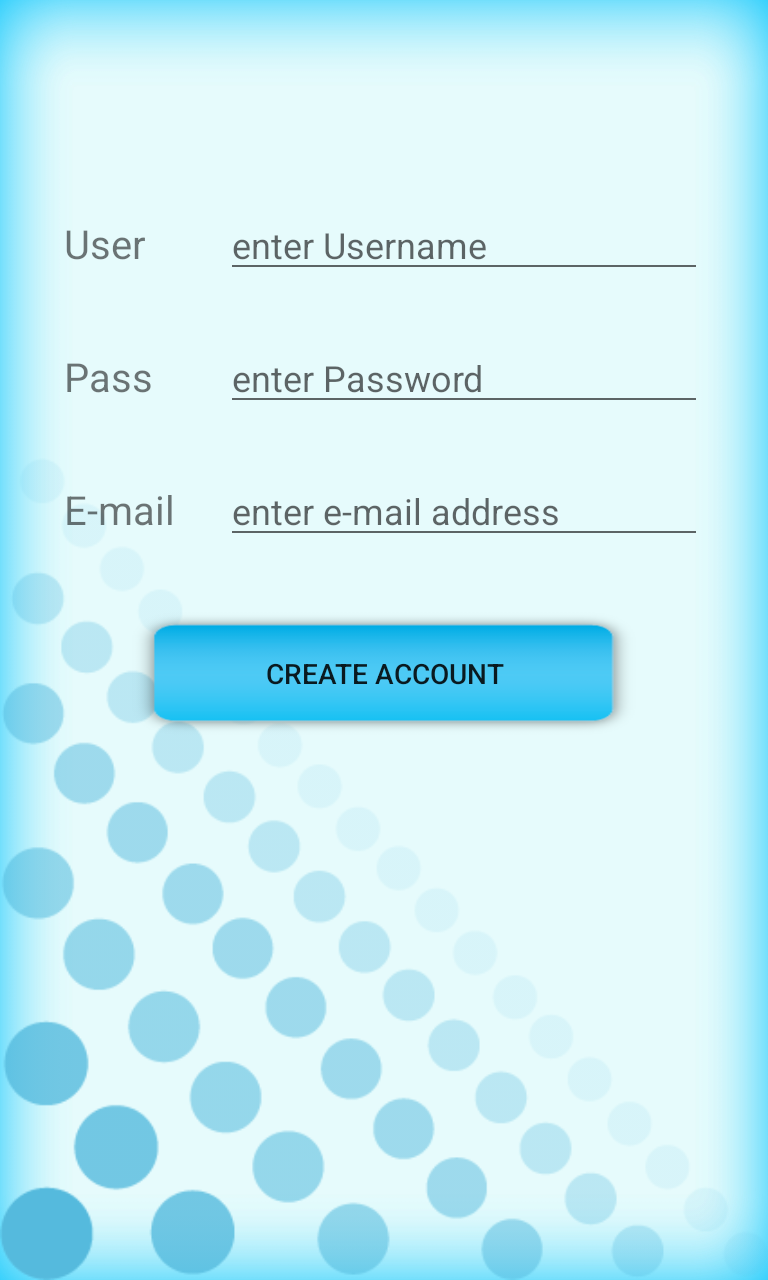
Repository: frebblegameteam/FrebbleApp
Layout: Frebble/res/layout/activity_sign_up.xml
An editor plug-in stored every save of this project. The layout is shown before and after the next save, followed by the edit.
It is drawn on a 768 x 1280 px phone screen (xhdpi) without system bars, with theme FrebbleABTheme; the app's code is not run.

Above is the layout before, as saved 2014-10-09 13:17:55.

After the next save:
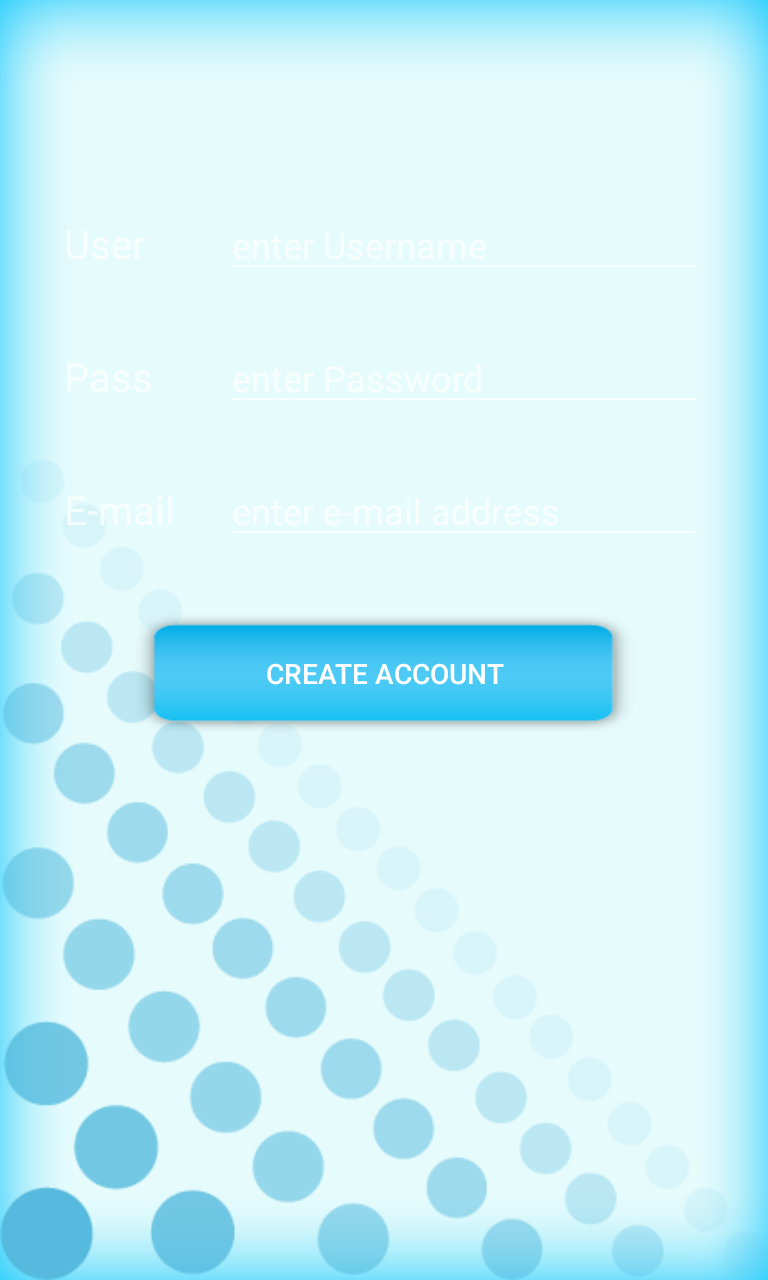
Saved 71 s later.
--- a/Frebble/res/values/styles.xml
+++ b/Frebble/res/values/styles.xml
@@ -23,7 +23,7 @@
   	</style>
 
     <style name="FrebbleABTheme"
-        parent="Theme.AppCompat.Light">
+        parent="Theme.AppCompat">
         <item name="android:actionBarStyle">@style/frebbleABStyle </item>
     </style>
 
